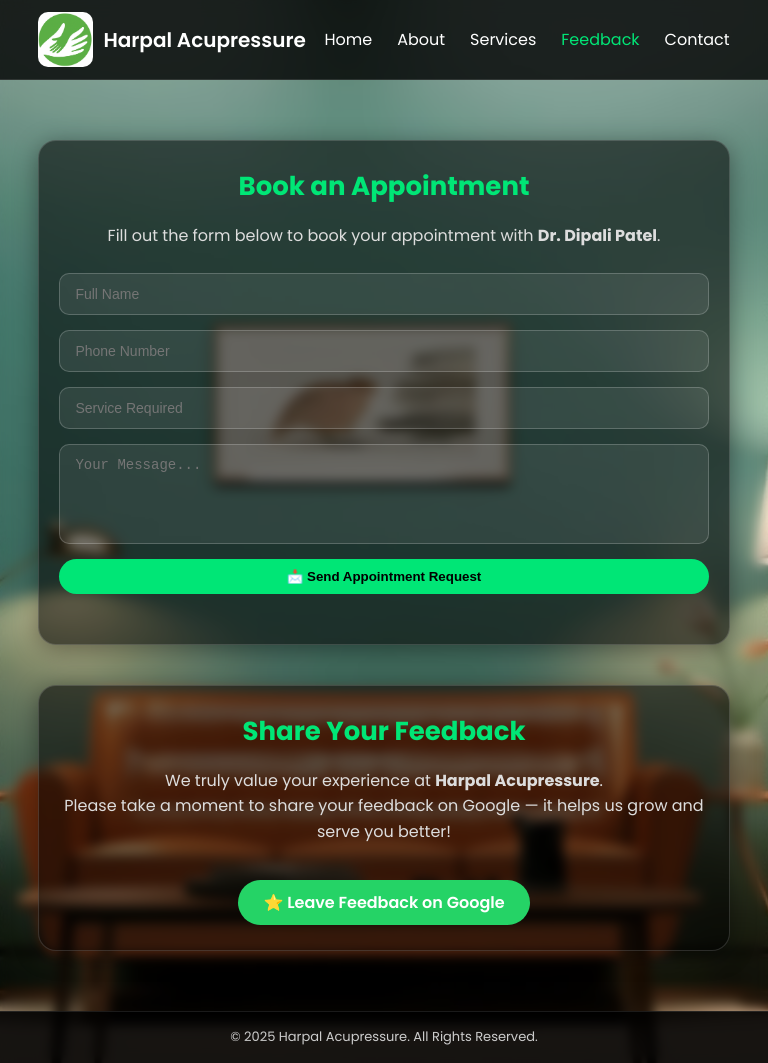
Repository: swasthiik/my-websites
Page: feedback.html
These files come from the project's save history. The page is drawn as it stood at one moment and after the next save; the edit follows.
The browser window is 768 px wide. The pictures show the whole page.

Above is the page before, as saved 2025-10-30 12:01:57.

### feedback.html
<!DOCTYPE html>
<html lang="en">
<head>
  <meta charset="UTF-8" />
  <meta name="viewport" content="width=device-width, initial-scale=1.0" />
  <title>Feedback & Appointment — Harpal Acupressure</title>
  <link href="https://fonts.googleapis.com/css2?family=Poppins:wght@300;400;600;700&display=swap" rel="stylesheet">
  <link rel="icon" href="images/logo.jpg">
  <link rel="stylesheet" href="feedback.css">
</head>
<body>

  <!-- ==== HEADER ==== -->
  <header>
    <div class="logo-area">
      <img src="images/logo.jpg" alt="Harpal Acupressure Logo" class="logo">
      <h1 class="site-title">Harpal Acupressure</h1>
    </div>
    <nav class="nav-menu">
      <ul>
        <li><a href="index.html">Home</a></li>
        <li><a href="about.html">About</a></li>
        <li><a href="index.html#services">Services</a></li>
        <li><a href="feedback.html" class="active">Feedback</a></li>
        <li><a href="index.html#contact">Contact</a></li>
      </ul>
    </nav>
  </header>

  <!-- ==== MAIN CONTENT ==== -->
  <main>
    <div class="feedback-container">
      <h1>Book an Appointment</h1>
      <p>Fill out the form below to book your appointment with <strong>Dr. Dipali Patel</strong>.</p>

      <form id="contactForm">
        <input type="text" name="name" placeholder="Full Name" required>
        <input type="tel" name="phone" placeholder="Phone Number" required>
        <input type="text" name="service" placeholder="Service Required" required>
        <textarea name="message" placeholder="Your Message..." required></textarea>
        <button type="submit" class="btn">📩 Send Appointment Request</button>
      </form>

      <div id="formStatus" class="form-status"></div>
    </div>

    <div class="feedback-container">
      <h1>Share Your Feedback</h1>
      <p>We truly value your experience at <strong>Harpal Acupressure</strong>.<br>
      Please take a moment to share your feedback on Google — it helps us grow and serve you better!</p>
      <a href="https://g.co/kgs/BCXoPME" target="_blank" class="btn whatsapp-btn">⭐ Leave Feedback on Google</a>
    </div>
  </main>

  <!-- ==== FOOTER ==== -->
  <footer>
    © 2025 Harpal Acupressure. All Rights Reserved.
  </footer>

  <!-- ==== SCRIPT FOR FORM SUCCESS ==== -->
  <script>
    const form = document.getElementById("contactForm");
    const statusDiv = document.getElementById("formStatus");

    form.addEventListener("submit", async (e) => {
      e.preventDefault();

      const data = new FormData(form);
      const response = await fetch("https://formspree.io/f/YOUR_FORM_ID", {
        method: "POST",
        body: data,
        headers: { 'Accept': 'application/json' }
      });

      if (response.ok) {
        form.reset();
        statusDiv.innerHTML = `
          <div class="success">
            <div class="tick">✔</div>
            <p>Thank you! Your message has been sent successfully.</p>
          </div>`;
        setTimeout(() => { statusDiv.innerHTML = ""; }, 4000);
      } else {
        statusDiv.innerHTML = `
          <div class="error">
            <p>Oops! Something went wrong. Please try again later.</p>
          </div>`;
      }
    });
  </script>
</body>
</html>

### feedback.css
/* ==== GLOBAL ==== */
* {
  margin: 0;
  padding: 0;
  box-sizing: border-box;
}

body {
  font-family: 'Poppins', sans-serif;
  background: url("images/background.jpg") no-repeat center center/cover;
  color: #fff;
  line-height: 1.6;
  min-height: 100vh;
  backdrop-filter: blur(6px);
  overflow-x: hidden;
}

/* ==== HEADER ==== */
header {
  background: rgba(0, 0, 0, 0.8);
  color: #fff;
  display: flex;
  justify-content: space-between;
  align-items: center;
  padding: 12px 5%;
  position: sticky;
  top: 0;
  z-index: 1000;
  backdrop-filter: blur(10px);
  border-bottom: 1px solid rgba(255, 255, 255, 0.1);
}

.logo-area {
  display: flex;
  align-items: center;
  gap: 10px;
}

.logo {
  width: 55px;
  height: 55px;
  object-fit: cover;
  border-radius: 10px;
}

.site-title {
  font-weight: 600;
  font-size: 20px;
}

.nav-menu ul {
  list-style: none;
  display: flex;
  gap: 25px;
}

.nav-menu a {
  color: #fff;
  text-decoration: none;
  font-weight: 500;
  transition: color 0.3s;
}

.nav-menu a:hover,
.nav-menu a.active {
  color: #00e676;
}

/* ==== MAIN CONTENT ==== */
main {
  display: flex;
  justify-content: center;
  align-items: center;
  padding: 60px 5%;
  flex-direction: column;
  gap: 40px;
}

.feedback-container {
  background: rgba(0, 0, 0, 0.55);
  border: 1px solid rgba(255, 255, 255, 0.15);
  border-radius: 18px;
  padding: 40px 30px;
  max-width: 700px;
  width: 100%;
  text-align: center;
  backdrop-filter: blur(10px);
  box-shadow: 0 4px 25px rgba(0, 0, 0, 0.4);
}

.feedback-container h1 {
  color: #00e676;
  font-size: 32px;
  margin-bottom: 15px;
}

.feedback-container p {
  color: #ddd;
  font-size: 16px;
  margin-bottom: 25px;
}

/* ==== FORM STYLING ==== */
form {
  display: flex;
  flex-direction: column;
  gap: 15px;
  margin-bottom: 25px;
}

input, textarea {
  width: 100%;
  padding: 12px 15px;
  border-radius: 10px;
  border: 1px solid rgba(255, 255, 255, 0.2);
  background: rgba(255, 255, 255, 0.08);
  color: #fff;
  font-size: 15px;
  outline: none;
  resize: none;
  transition: border-color 0.3s, background 0.3s;
}

input:focus, textarea:focus {
  border-color: #00e676;
  background: rgba(255, 255, 255, 0.12);
}

textarea {
  height: 100px;
}

/* ==== BUTTONS ==== */
.btn {
  display: inline-block;
  background: #00e676;
  color: #000;
  padding: 10px 25px;
  border-radius: 30px;
  font-weight: 600;
  text-decoration: none;
  transition: background 0.3s, transform 0.2s;
  border: none;
  cursor: pointer;
}

.btn:hover {
  background: #00c853;
  transform: translateY(-2px);
}

.whatsapp-btn {
  background: #25d366;
  color: #fff;
  margin-top: 10px;
}

.whatsapp-btn:hover {
  background: #1ebe5a;
}

/* ==== FOOTER ==== */
footer {
  background: rgba(0, 0, 0, 0.9);
  color: #ccc;
  text-align: center;
  padding: 15px 0;
  font-size: 14px;
  backdrop-filter: blur(6px);
  border-top: 1px solid rgba(255, 255, 255, 0.1);
}

footer a {
  color: #00e676;
  text-decoration: none;
}

footer a:hover {
  text-decoration: underline;
}

/* ==== RESPONSIVE ==== */
@media (max-width: 768px) {
  .feedback-container {
    padding: 25px 20px;
  }

  .feedback-container h1 {
    font-size: 26px;
  }

  input, textarea {
    font-size: 14px;
  }

  footer {
    font-size: 13px;
  }
}

After the next save:
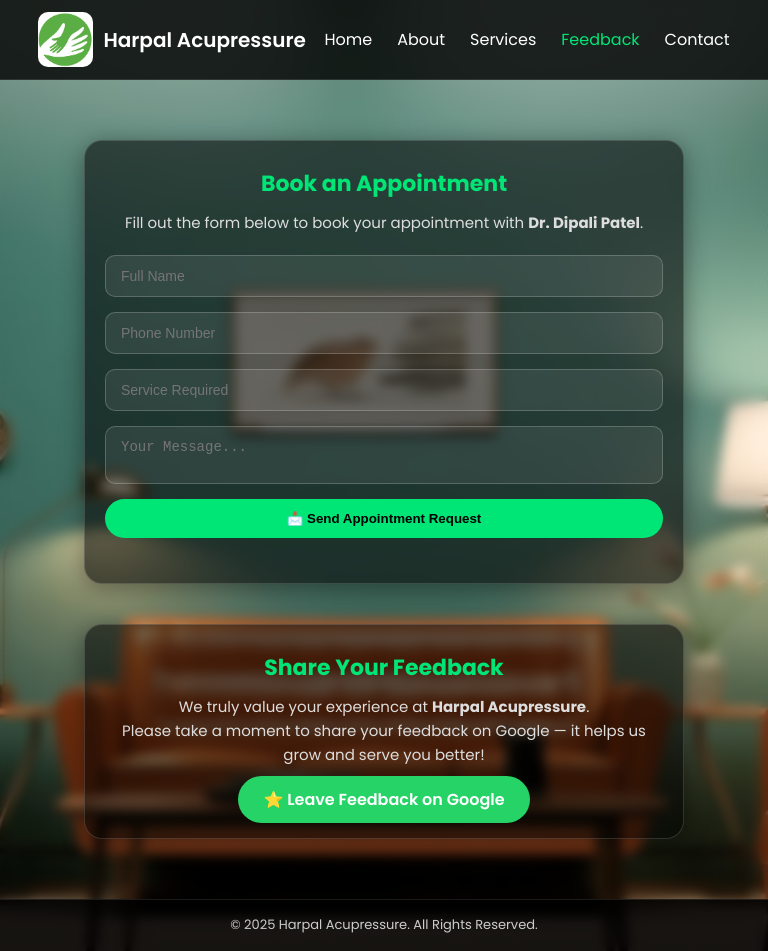
Saved 29 s later.
--- a/feedback.css
+++ b/feedback.css
@@ -70,10 +70,10 @@ header {
 main {
   display: flex;
   justify-content: center;
-  align-items: center;
+  align-items: flex-start;
+  flex-wrap: wrap;
+  gap: 40px;
   padding: 60px 5%;
-  flex-direction: column;
-  gap: 40px;
 }
 
 .feedback-container {
@@ -81,7 +81,7 @@ main {
   border: 1px solid rgba(255, 255, 255, 0.15);
   border-radius: 18px;
   padding: 40px 30px;
-  max-width: 700px;
+  max-width: 600px;
   width: 100%;
   text-align: center;
   backdrop-filter: blur(10px);
@@ -90,22 +90,22 @@ main {
 
 .feedback-container h1 {
   color: #00e676;
-  font-size: 32px;
-  margin-bottom: 15px;
+  font-size: 28px;
+  margin-bottom: 10px;
 }
 
 .feedback-container p {
   color: #ddd;
-  font-size: 16px;
-  margin-bottom: 25px;
-}
-
-/* ==== FORM STYLING ==== */
+  font-size: 15px;
+  margin-bottom: 20px;
+}
+
+/* ==== FORM ==== */
 form {
   display: flex;
   flex-direction: column;
   gap: 15px;
-  margin-bottom: 25px;
+  margin-bottom: 20px;
 }
 
 input, textarea {
@@ -126,25 +126,20 @@ input:focus, textarea:focus {
   background: rgba(255, 255, 255, 0.12);
 }
 
-textarea {
-  height: 100px;
-}
-
-/* ==== BUTTONS ==== */
-.btn {
-  display: inline-block;
+/* ==== BUTTON ==== */
+.btn, button {
   background: #00e676;
   color: #000;
-  padding: 10px 25px;
+  padding: 12px 25px;
   border-radius: 30px;
   font-weight: 600;
   text-decoration: none;
-  transition: background 0.3s, transform 0.2s;
   border: none;
   cursor: pointer;
-}
-
-.btn:hover {
+  transition: background 0.3s, transform 0.2s;
+}
+
+.btn:hover, button:hover {
   background: #00c853;
   transform: translateY(-2px);
 }
@@ -152,11 +147,52 @@ textarea {
 .whatsapp-btn {
   background: #25d366;
   color: #fff;
-  margin-top: 10px;
 }
 
 .whatsapp-btn:hover {
   background: #1ebe5a;
+}
+
+/* ==== SUCCESS MESSAGE ==== */
+.form-status {
+  margin-top: 10px;
+  text-align: center;
+}
+
+.success, .error {
+  display: inline-block;
+  padding: 15px 25px;
+  border-radius: 15px;
+  animation: fadeIn 0.4s ease;
+}
+
+.success {
+  border: 2px solid #00e676;
+  color: #00e676;
+  background: rgba(0, 255, 100, 0.1);
+}
+
+.error {
+  border: 2px solid #ff5252;
+  color: #ff5252;
+  background: rgba(255, 80, 80, 0.1);
+}
+
+.tick {
+  font-size: 40px;
+  font-weight: bold;
+  margin-bottom: 5px;
+  animation: pop 0.3s ease;
+}
+
+@keyframes pop {
+  from { transform: scale(0); opacity: 0; }
+  to { transform: scale(1); opacity: 1; }
+}
+
+@keyframes fadeIn {
+  from { opacity: 0; transform: translateY(10px); }
+  to { opacity: 1; transform: translateY(0); }
 }
 
 /* ==== FOOTER ==== */
@@ -186,7 +222,7 @@ footer a:hover {
   }
 
   .feedback-container h1 {
-    font-size: 26px;
+    font-size: 22px;
   }
 
   input, textarea {
